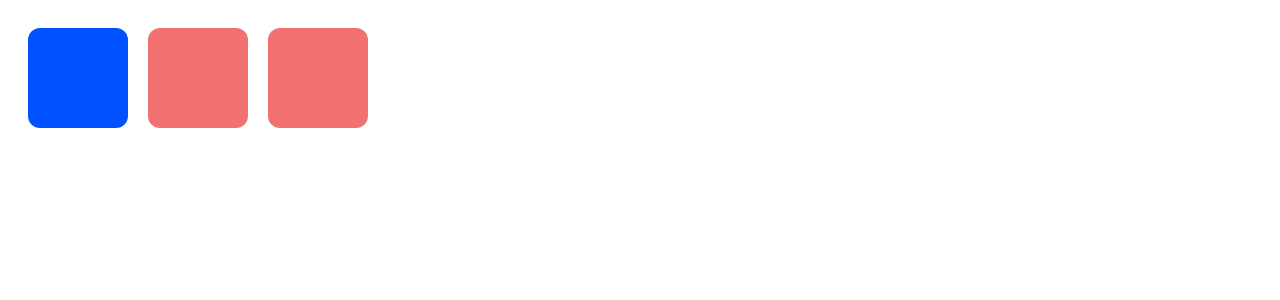
Repository: 16-Doffy/howtouse-htmlcss
Page: HSL_Color/index.html
These files come from the project's save history. The page is drawn as it stood at one moment and after the next save; the edit follows.
The browser window is 1280 px wide. The pictures show the whole page.

Above is the page before, as saved 2024-12-19 23:49:20.

### HSL_Color/index.html
<!DOCTYPE html>
<html lang="en">
<head>
    <meta charset="UTF-8">
    <meta name="viewport" content="width=device-width, initial-scale=1.0">
    <link rel="stylesheet" href="styles.css">
    <title>Document</title>
</head>
<body>
    <div class="boxed-list">
        <div class="boxed-item boxed-primary"></div>
        <div class="boxed-item boxed-shade1"></div>
        <div class="boxed-item boxed-shade9"></div>
    </div>
</body>
</html>

### HSL_Color/styles.css
:root {
    --primary-s: 100%;  /* Set saturation to 100% for visible color */
    --primary-h: 221;   /* Hue value */
    --primary-l: 50%;   /* Lightness */
}

body {
    padding: 20px;
}

.boxed-list {
    display: flex;
    align-items: center;
    gap: 20px;
}

.boxed-item {
    width: 100px;
    aspect-ratio: 1;
    background-color: hsla(0, 96%, 46%, 0.568); /* This is a different color for demonstration */
    border-radius: 12px;
}

.boxed-primary {
    background-color: hsl(var(--primary-h), var(--primary-s), var(--primary-l));  /* Use updated CSS variables */
}

.boxed-shade1 {
    --primary-l: 52%;
}
/*chỉ cần đổi biến từ root và kéo vào class muốn đổi*/
.boxed-shade9{

    --primary-s: 0%;
    --primary-h: 0;
    --primary-l: 50%;


}

After the next save:
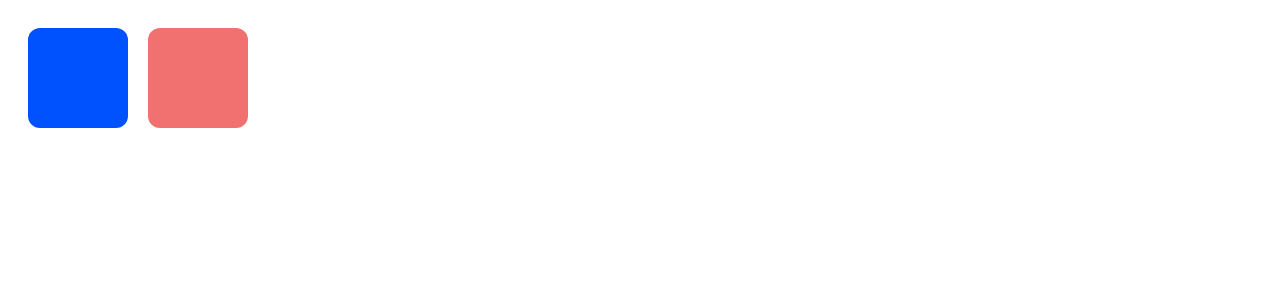
Saved 11 s later.
--- a/HSL_Color/index.html
+++ b/HSL_Color/index.html
@@ -10,7 +10,7 @@
     <div class="boxed-list">
         <div class="boxed-item boxed-primary"></div>
         <div class="boxed-item boxed-shade1"></div>
-        <div class="boxed-item boxed-shade9"></div>
+        <div class=" boxed-shade9"></div>
     </div>
 </body>
 </html>
